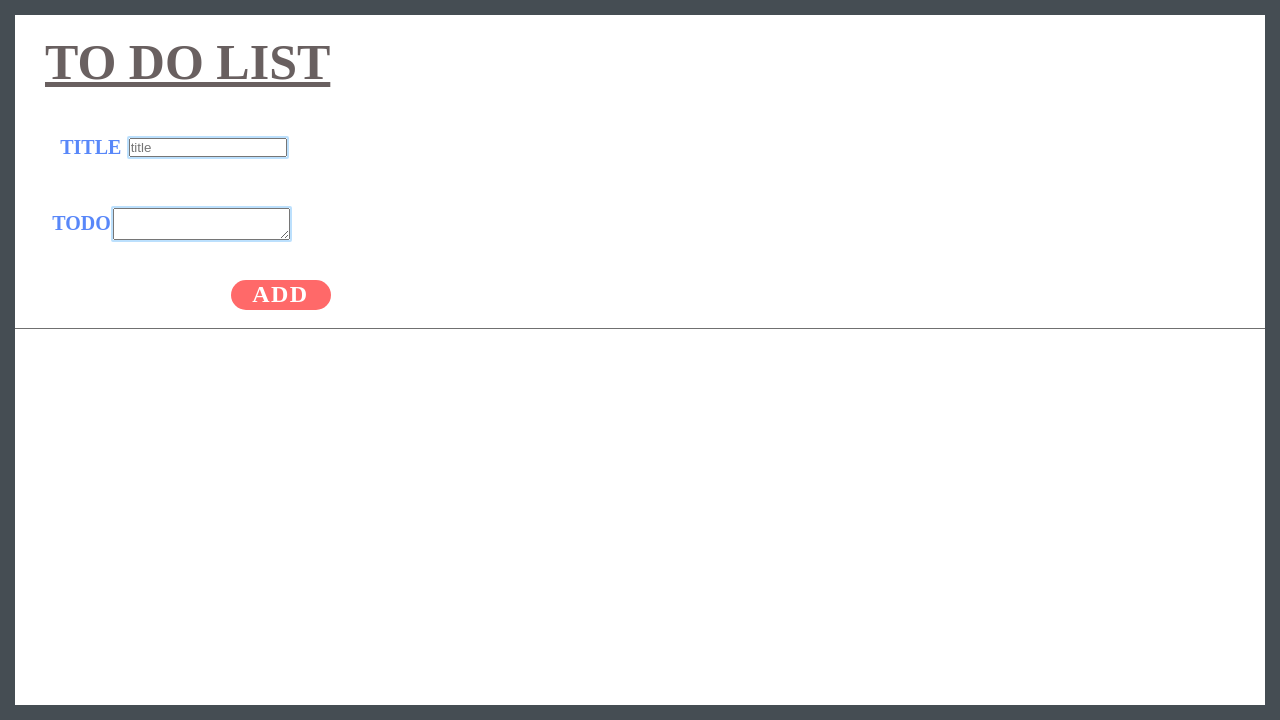
Repository: NagataRyuji0630/shinjin-otameshi
Page: todo_white_board.html
These files come from the project's save history. The page is drawn as it stood at one moment and after the next save; the edit follows.
The browser window is 1280 px wide. The pictures show the whole page.

Above is the page before, as saved 2020-06-11 23:14:06.
Not found: todoWhiteBoard.js

### todo_white_board.html
<!DOCTYPE html>
<html lang="ja">

<head>
    <meta charset="UTF-8">
    <meta name="viewport" content="width=device-width, initial-scale=1.0">
    <meta http-equiv="X-UA-Compatible" content="ie=edge">
    <link rel="stylesheet" href="./todo_white_board.css">
    <script src="./constants.js"></script>
    <script src="./domAction.js"></script>
    <script src="./todoWhiteBoard.js"></script>
    <title>Todo White Board</title>
</head>

<body>
    <div class="white_board display_flex_justify direction_colum">

        <div id="board_title_container" class="display_flex_align">
            <div id="board_title">TO DO LIST</div>
        </div>

        <div id="form_container" class="display_flex_justify direction_colum">

            <div class="input_content display_flex_all direction_row">
                <div class="input_title display_flex_all">TITLE</div>
                <div class="blue_form display_flex_all">
                    <input id="todo_title" type="text" placeholder="title" />
                </div>
            </div>

            <div class="input_content display_flex_all direction_row">
                <div class="input_title display_flex_all">TODO</div>
                <div class="blue_form display_flex_all">
                    <textarea id="todo_detail"></textarea>
                </div>

            </div>

            <div id="btn_container" class="display_flex_align">
                <div class="btn red_btn display_flex_all" id="todo_add_btn">
                    <div class="btn_text">ADD</div>
                </div>
            </div>
        </div>

        <div id="todo_list_container"></div>
    </div>
</body>

</html>

### todo_white_board.css
* {
    margin: 0px;
    padding: 0px;
    box-sizing: border-box;
}

body, html {
    width: 100%;
    height: 100%;
    font-size: 16px;
    overflow-x: hidden;
}

.display_flex_all {
    display: flex;
    justify-content: center;
    align-items: center;
}

.display_flex_justify {
    display: flex;
    justify-content: center;
}

.display_flex_align {
    display: flex;
    align-items: center;
}

.direction_colum {
    flex-direction: column;
}

.direction_row {
    flex-direction: row;
}

.white_board {
    width: 100%;
    height: 100%;
    border: 15px solid #454D53;
}

#board_title_container {
    width: auto;
    height: 15%;
    padding-left: 30px;
}

#board_title {
    text-align: center;
    text-decoration: underline;
    font-size: 50px;
    font-weight: bold;
    letter-spacing: 0px;
    color: #696060;
}

#form_container {
    width: 100%;
    height: 35%;
    padding: 0px 40px;
    border-bottom: 1px solid #707070;
}

.input_content {
    width: 20%;
    height: 35%;
}

.input_title {
    width: 35%;
    height: 100%;
    text-align: center;
    font-size: 20px;
    font-weight: bold;
    letter-spacing: 0px;
    color: #5887F9;
}

.blue_form {
    background: #F1F9FF 0% 0% no-repeat padding-box;
    border: 2px solid #BCE0FD;
    border-radius: 2px;
}

#todo_title {
    text-align: left;
    width: 100%;
    height: 100%;
}

#todo_detail {
    text-align: left;
    font: Bold 20px;
    letter-spacing: 0px;
    color: #5887F9;
}

#btn_container {
    width: 100%;
    height: 30%;
}

.btn {
    width: 100px;
    height: 30px;
    border-radius: 24px;
}

.red_btn {
    background-color: #FF6969;
}

#todo_add_btn {
    position: relative;
    left: 15%
}

.btn_text {
    text-align: center;
    font-size: 24px;
    font-weight: bold;
    letter-spacing: 1.44px;
    color: #FFFFFF;
}

#todo_list_container {
    width: 100%;
    height: 60%;
}

Loaded but not shown: constants.js (no stored copy; drawn as an empty file); domAction.js (no stored copy; drawn as an empty file)

After the next save:
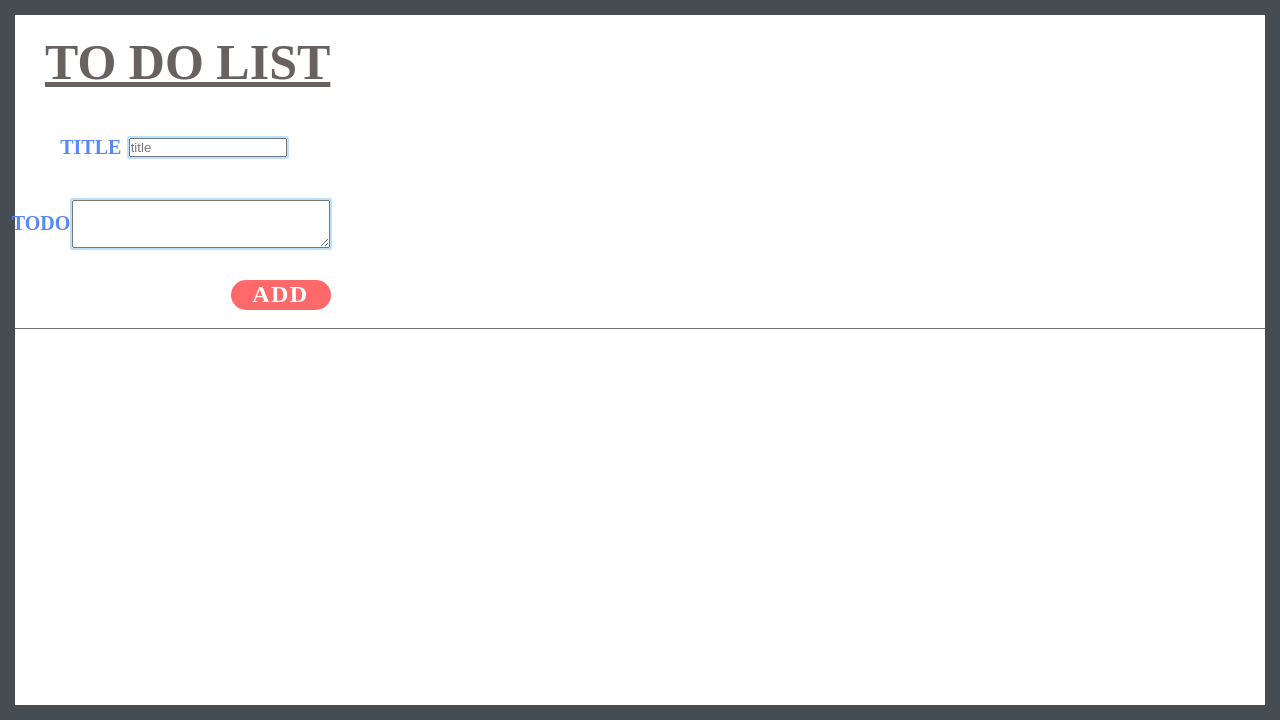
Saved 29 s later.
--- a/todo_white_board.css
+++ b/todo_white_board.css
@@ -92,7 +92,7 @@
 
 #todo_detail {
     text-align: left;
-    font: Bold 20px;
+    font-size: 20px;
     letter-spacing: 0px;
     color: #5887F9;
 }
